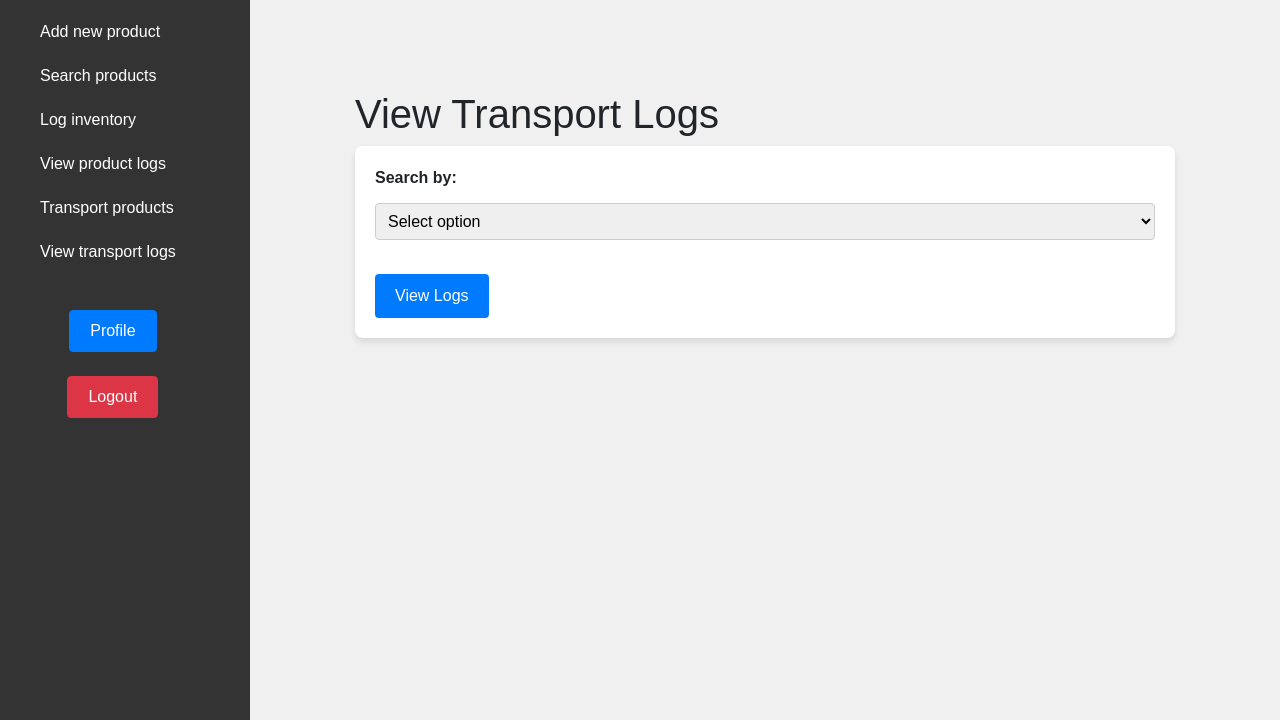
Repository: Warspinix/Flask-Web-Applications
Page: http://localhost/view_transport_logs
These files come from the project's save history. The page is drawn as it stood at one moment and after the next save; the edit follows.
The browser window is 1280 px wide. The pictures show the whole page.
The page is served by the project's application, run on Flask 3 (app.py). The session is filled in as if someone had signed in: {"user_id": 1, "first_name": "John"}.

Above is the page before, as saved 2024-06-13 21:05:15.
Console error: TypeError: Cannot read properties of null (reading 'addEventListener')

After the next save:
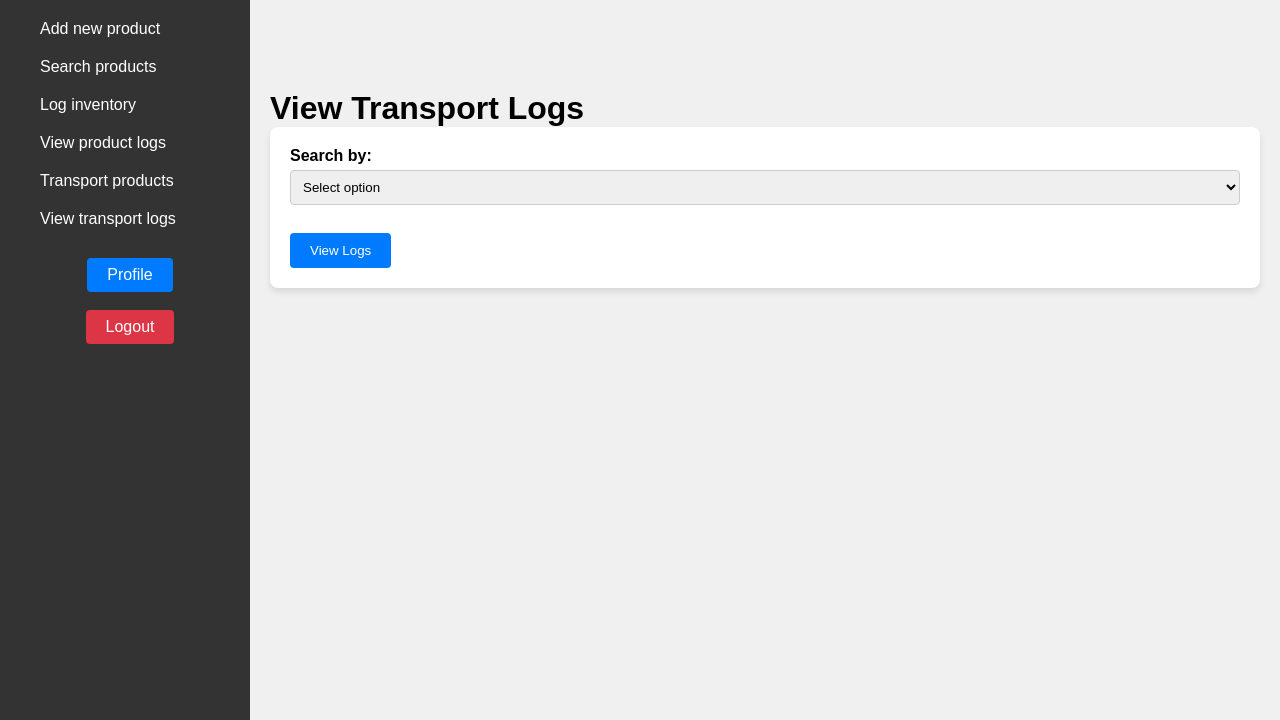
Saved 38 min 19 s later.
--- a/templates/view_transport_logs.html
+++ b/templates/view_transport_logs.html
@@ -5,7 +5,7 @@
     <meta charset="UTF-8">
     <meta name="viewport" content="width=device-width, initial-scale=1.0">
     <title>View Transport Logs</title>
-    <link rel="stylesheet" href="https://maxcdn.bootstrapcdn.com/bootstrap/4.0.0/css/bootstrap.min.css">
+    <!-- <link rel="stylesheet" href="https://maxcdn.bootstrapcdn.com/bootstrap/4.0.0/css/bootstrap.min.css"> -->
     <link rel="stylesheet" type="text/css" href="{{ url_for('static', filename='style.css') }}">
     <style>
         /* Additional styles specific to this page can be added here */
